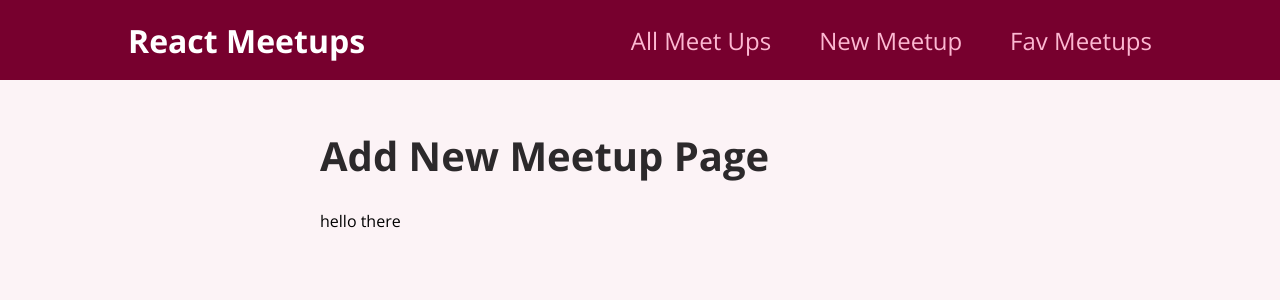
Repository: portretrieve/react-meetup-app
Page: /meet
These files come from the project's save history. The page is drawn as it stood at one moment and after the next save; the edit follows.
The browser window is 1280 px wide. The pictures show the whole page.
The project was rebuilt for these pictures with package versions that can differ from the ones it lists, and the page was loaded fresh each time. A package was used in the major version that the imports need, not the one package.json lists. Also part of the build but not shown: src/components/meetups/MeetupList.module.css, src/components/meetups/Meetupitem.module.css, src/components/userInterface/Card.module.css, src/components/userInterface/Card.js, src/components/meetups/MeetupItem.js, src/components/meetups/MeetupList.js, src/pages/AllMeetups.js, src/pages/Favourites.js and 1 more.

Above is the page before, as saved 2021-08-19 01:01:21.

After the next save:
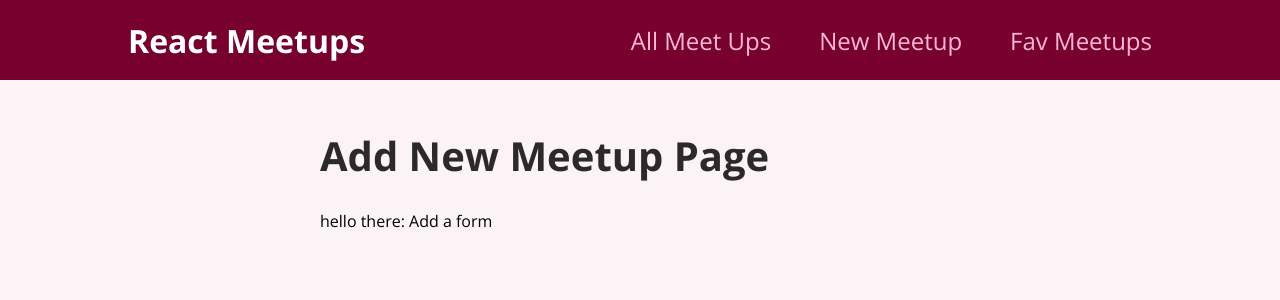
Saved 13 s later.
--- a/src/components/meetups/NewMeetupForm.js
+++ b/src/components/meetups/NewMeetupForm.js
@@ -1,6 +1,6 @@
 import classes from "./NewMeetupForm.module.css";
 
 function NewMeetupForm() {
-  return <div>hello there</div>;
+  return <div>hello there: Add a form </div>;
 }
 export default NewMeetupForm;
